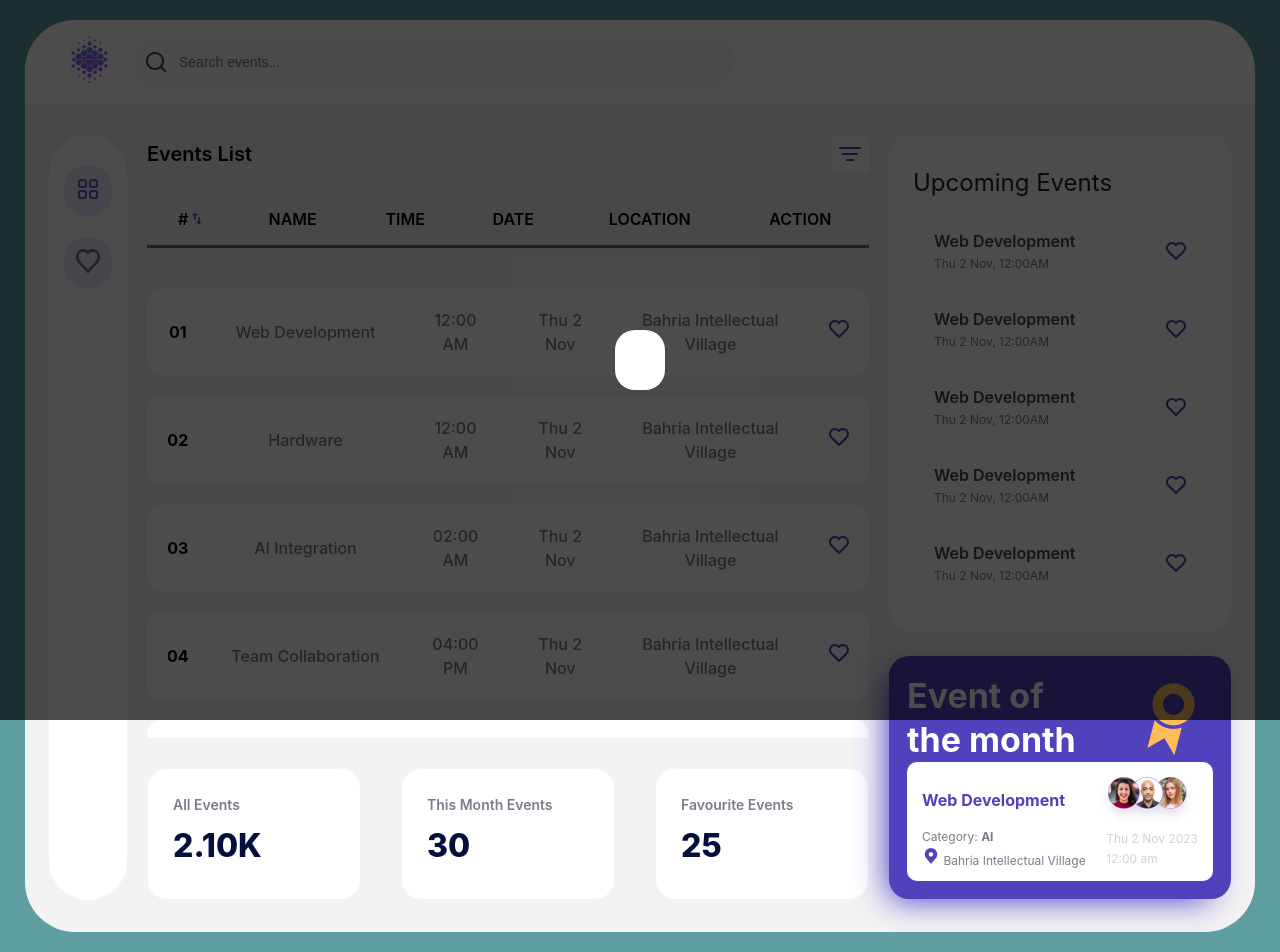
Repository: ahmadunitedsol710/react-dashboard
Page: /, after clicking the first element matching `tr.body_row`
These files come from the project's save history. The page is drawn as it stood at one moment and after the next save; the edit follows.
The browser window is 1280 px wide. The pictures show the whole page.
An inner scrolling area shows only its first screen. The project was rebuilt for these pictures with package versions that can differ from the ones it lists, and the page was loaded fresh each time.

Above is the page before, as saved 2024-08-02 09:53:54.

### src/App.js
// import {BrowserRouter as Router, Routes, Route} from 'react-router-dom';
import Header from './Components/Header/index';
import Events from './Components/Body/Events';
import './App.css';

function App() {
  return (
    <div className="App container">
    {/* <Router>
      <Routes>
          <Route path="/" exact element={<Header/>}/>
      </Routes>
    </Router> */}
    <Header/>
    <Events/>
    </div>
  );
}

export default App;

### src/Components/Header/index.js
import '../../App.css';
import logo from '../../Images/logo.png'

const Index = () => {

    return (
        <>
            <div className="header">
                <div className="logo">
                    <img src={logo} alt="logo" />
                </div>
                <div className="search_box">
                    <input type="search"  name="search" placeholder='Search events...' className='srch'/>
                </div>
            </div>
        </>
    )
}

export default Index;

### src/Components/Body/Events.js
import '../../App.css';
import Sidebar from './Sidebar';
import List from './Eventlist';
import Upcommingevent from './Upcomingevent';
import Monthlyevent from './Monthlyevent'
import { useEffect, useState } from 'react';

const Events = () => {
    const [showfav, setshowfav] = useState(false)
    const tabledata = [
        {id:"01",name:"Web Development",time:'12:00 AM',date:"Thu 2 Nov",location:"Bahria Intellectual Village"},

        {id:"02",name:"Hardware",time:'12:00 AM',date:"Thu 2 Nov",location:"Bahria Intellectual Village"},

        {id:"03",name:"AI Integration",time:'02:00 AM',date:"Thu 2 Nov",location:"Bahria Intellectual Village"},

        {id:"04",name:"Team Collaboration",time:'04:00 PM',date:"Thu 2 Nov",location:"Bahria Intellectual Village"},

        {id:"05",name:"Front End Development",time:'06:00 PM',date:"Thu 2 Nov",location:"Bahria Intellectual Village"},

        {id:"06",name:"Front End Development",time:'06:00 PM',date:"Thu 2 Nov",location:"Bahria Intellectual Village"},

        {id:"07",name:"Front End Development",time:'06:00 PM',date:"Thu 2 Nov",location:"Bahria Intellectual Village"},

        {id:"08",name:"Front End Development",time:'06:00 PM',date:"Thu 2 Nov",location:"Bahria Intellectual Village"}
   ]

   const [storedData, setStoredData] = useState([])
   useEffect(()=>{
    setStoredData(localStorage.getItem("favourite") ? JSON.parse([localStorage.getItem("favourite")]) : [])
   }, [])

   const eventdata = [
    {id:1, name:"Web Development",date_time:'Thu 2 Nov, 12:00AM'},
    {id:2, name:"Web Development",date_time:'Thu 2 Nov, 12:00AM'},
    {id:3, name:"Web Development",date_time:'Thu 2 Nov, 12:00AM'},
    {id:4, name:"Web Development",date_time:'Thu 2 Nov, 12:00AM'},
    {id:5, name:"Web Development",date_time:'Thu 2 Nov, 12:00AM'},
    {id:6, name:"Web Development",date_time:'Thu 2 Nov, 12:00AM'},
    {id:7, name:"Web Development",date_time:'Thu 2 Nov, 12:00AM'},
    {id:8, name:"Web Development",date_time:'Thu 2 Nov, 12:00AM'},
    {id:9, name:"Web Development",date_time:'Thu 2 Nov, 12:00AM'}
]

   const [storedList, setStoredList] = useState([])
   useEffect(()=>{
    setStoredList(localStorage.getItem("list") ? JSON.parse([localStorage.getItem("list")]) : [])
   }, [])



    return (
        <>
            <div className="events">
                <div className='parent_block'>
                    <Sidebar setshowfav={setshowfav}/>
                    <List showfav={showfav} favdata={storedData} tabledata={tabledata} setStoredData={setStoredData}/>

                     <div className='child_block'>
                        <Upcommingevent showfav={showfav} favdata={storedList} eventdata={eventdata} setStoredList={setStoredList}/>
                        {!showfav && <Monthlyevent/> }
                    </div>

                </div>
            </div>
        </>
    )
}

export default Events;

### src/App.css
body {
  background-color: cadetblue;
}

.container {
  max-width: 1440px;
  margin: 20px auto;
  padding: 0 25px;
  box-sizing: border-box;
}

.App-logo {
  height: 40vmin;
  pointer-events: none;
}

@media (prefers-reduced-motion: no-preference) {
  .App-logo {
    animation: App-logo-spin infinite 20s linear;
  }
}

.App-header {
  background-color: #282c34;
  min-height: 100vh;
  display: flex;
  flex-direction: column;
  align-items: center;
  justify-content: center;
  font-size: calc(10px + 2vmin);
  color: white;
}

.App-link {
  color: #61dafb;
}

@keyframes App-logo-spin {
  from {
    transform: rotate(0deg);
  }
  to {
    transform: rotate(360deg);
  }
}

::-webkit-scrollbar {
  width: 5px;
}

/* Track */
::-webkit-scrollbar-track {
  box-shadow: inset 0 0 5px grey;
  border-radius: 10px;
}

/* Handle */
::-webkit-scrollbar-thumb {
  background: #D9D9D9;
  border-radius: 10px;
}

/* Handle on hover */
::-webkit-scrollbar-thumb:hover {
  background: #6e6e6e;
}


/* Header */
.header { display: flex; justify-content: center; align-items: center; gap: 20px; background-color: #ffffff; padding: 15px 40px; border-radius: 50px 50px 0 0; }

.header .search_box { position: relative; width: 100%; }

.header .search_box .srch { background-image: url(./Images/Search.png); background-repeat: no-repeat; background-color: #F9FAFC; background-position: 10px center; border: none; padding: 13px 45px; width: 600px; border-radius: 50px; font-size: 14px; font-weight: 400; color: #3D4756; line-height: 22px; }


/* Events */
.events { background-color: #f3f3f3; padding: 32px 24px; box-sizing: border-box; border-radius: 0 0 50px 50px; }

.events .parent_block { display: flex; gap: 20px; justify-content: space-between; }

.events .parent_block .child_block { max-width: 380px; width: 100%; }

/* Sidebar */
.sidebar { display: flex; flex-direction: column; background-color: #ffffff; max-width: 80px; padding: 30px 15px; box-sizing: border-box; border-radius: 40px; }

.image { background-color: #ECEAFF; margin-bottom: 20px; border-radius: 25px; }

.sidebar_img { width: 24px; height: 24px; padding: 12px; }

/* Event list */
.event_details { /*max-width: 850px; */ width: calc(100% - 460px); }

.event_details .evenlist .main { display: flex; justify-content: space-between; align-items: center; }

.event_details .evenlist .main .heading { font-size: 20px; font-weight: 600; line-height: 30px; margin: 0; }

.event_details .evenlist .main .filter { background-color: #ffffff; padding: 5px; border-radius: 5px; box-sizing: border-box; }

table { border-collapse: separate; border-spacing: 0 20px;  width: 100%}

.tbody_container { overflow-y: auto; max-height: 470px; }

th { text-align: center; font-size: 16px; font-weight: 600; line-height: 22px; padding: 15px 20px; box-sizing: border-box; border-bottom: 3px solid #6a6a6a; }

.index { font-size: 16px; font-weight: bolder; line-height: 24px; }

.body_row td { background-color: #ffffff; padding: 20px; text-align: center; }

.body_row td:first-child { border-radius: 15px 0 0 15px; }

.body_row td:last-child { border-radius: 0 15px 15px 0; }

.body_row .details { font-size: 16px; font-weight: 500; line-height: 24px; color: #797d8c; cursor: pointer;}

.cards { display: flex; align-items: center; gap: 40px; margin-top: 30px; }

.cards .all_events, .cards .this_month, .cards .fav_events { background-color: #ffffff; border-radius: 20px; border: 1px solid #f3f3f3; width: 260px; padding: 25px 25px 33px; box-sizing: border-box; }

.cards .text { color: #797d8c; font-size: 14px; font-weight: 600; line-height: 22px; margin: 0; }

.cards .title { font-size: 32px; line-height: 40px; font-weight: 800; margin: 10px 0 0; color: #04103b; }



/* Upcoming events */
.upcomingevents { background-color: #ffffff; border-radius: 20px; padding: 32px 24px; box-sizing: border-box; }

.upcomingevents .title { font-size: 24px; line-height: 32px; font-weight: 400; color: #1e232a; margin: 0 0 20px; }

.upcomingevents .events_list { margin: 0; padding: 0; height: 380px; overflow-y: auto; }

.upcomingevents .events_list .event { border: 1px solid #f3f3f3; list-style-type: none; border-radius: 15px; padding: 10px 20px; display: flex; align-items: center; justify-content: space-between; margin-bottom: 10px; }

.upcomingevents .events_list .event:last-child { margin-bottom: 0; }

.upcomingevents .events_list .event .event_title { font-size: 16px; font-weight: 600; line-height: 22px; color: #3d4756; margin: 0; }

.upcomingevents .events_list .event .event_date_time { font-size: 12px; font-weight: 400; line-height: 24px; color: #797D8C; margin: 0; }


/* Monthly event */
.monthly_event { background-color: #5041bc; color: #ffffff; padding: 18px; box-sizing: border-box; border-radius: 20px; margin-top: 25px; box-shadow: -10px 10px 33px -10px #4533C9; }

.monthly_event .upper_part { display: flex; justify-content: space-between; align-items: center; }

.monthly_event .upper_part .heading { max-width: 180px; margin: 0; font-size: 34px; font-weight: 700; line-height: 44px; }

.bottom_part { background-color: #ffffff; color: #5041BC; border-radius: 10px; padding: 10px 15px; }

.bottom_part .first_row, .bottom_part .second_row { display: flex; justify-content: space-between; align-items: center; }

.bottom_part .first_row .course_title { margin: 0; font-size: 16px; font-weight: 700; line-height: 26px; }

.bottom_part .second_row { font-size: 12px; font-weight: 400; line-height: 20px; }

.bottom_part .second_row .cat_loc { color: #797D8C; }

.bottom_part .second_row .date_time { color: #D2D2D2; }




/* Detail Popup */
.overlay {
  position: fixed;
  top: 0;
  left: 0;
  width: 100%;
  height: 100%;
  background: rgba(0, 0, 0, 0.7);
}

.overlay .detailpopup {
  position: absolute;
  background-color: #ffffff;
  transform: translate(-50%, -50%);
  left: 50%;
  top: 50%;
  border-radius: 20px;
  padding: 30px 25px;
  box-sizing: border-box;
}

### src/Components/Body/Sidebar.js
import '../../App.css';
import grid from '../../Images/grid.png';
import favourite from '../../Images/fav.png'

const sidebar = ({setshowfav}) => {

    return (
        <>
            <div className="sidebar">
                <div className="image">
                    <img src={grid} alt="grid" className='sidebar_img' onClick={()=>setshowfav(false)}/>
                </div>
                <div className="image">
                    <img src={favourite} alt="favourite" className='sidebar_img' onClick={()=>setshowfav(true)}/>
                </div>
            </div>
        </>
    )
}

export default sidebar;

### src/Components/Body/Eventlist.js
import '../../App.css';
import swap from '../../Images/swap.png';
import emptyfav from '../../Images/empty_fav.png'
import fillfav from '../../Images/fill_fav.png'
import filter from '../../Images/filter.png'
import { useEffect, useState } from 'react';
import Detailpopup from './Detailpopup';

const Eventlist = ({showfav, favdata, tabledata, setStoredData}) => {
    const [showModal, setShowModal] = useState(false)


    const add_fav = (data) => {
        const isFav = favdata.some(favitem => favitem.id === data.id)

        if (isFav) {
            // setStoredData(favdata.filter(favitem => favitem.id !== data.id));
            const updatedFavData = favdata.filter(favItem => favItem.id !== data.id);
            setStoredData(updatedFavData);
            localStorage.setItem("favourite", JSON.stringify(updatedFavData))

            console.log("else 1")
        }
        else {
            const updatedFavData = [...favdata, data];
            setStoredData(updatedFavData);
            localStorage.setItem("favourite", JSON.stringify(updatedFavData))
            console.log("else 2")
        }
    };

    const closeModal = () => {
        setShowModal(false)
    }

       const all_events = {text:"All Events", title:"2.10K"}
       const this_month = {text:"This Month Events", title:"30"}
       const fav_events = {text:"Favourite Events", title:"25"}
    return (
        <>
            <div className="event_details">
                <div className="evenlist">
                    <div className="main">
                        <h2 className='heading'>Events List</h2>
                        <img src={filter} alt="filter" className='filter' />
                    </div>
                    <div className="table_data">
                        <table className="table">
                            <thead className='table_head'>
                                <tr>
                                    <th># <img src={swap} alt="swap" /> </th>
                                    <th>NAME</th>
                                    <th>TIME</th>
                                    <th>DATE</th>
                                    <th>LOCATION</th>
                                    <th>ACTION</th>
                                </tr>
                            </thead>
                        </table>
                        <div className="tbody_container">
                            <table>
                                <tbody>
                                    {!showfav ? tabledata.map((data)=>(
                                        <tr className='body_row' key={data.id} onClick={()=>setShowModal(true)}>
                                        <td className='index' data-label="index">{data?.id}</td>
                                        <td className='details' data-label="name">{data?.name}</td>
                                        <td className='details' data-label="time">{data?.time}</td>
                                        <td className='details' data-label="date">{data?.date}</td>
                                        <td className='details' data-label="location">{data?.location}</td>
                                        <td className='details' data-label="location"> <img src={favdata.some(favitem => favitem.id === data.id) ? fillfav : emptyfav} alt="favourite"
                                        onClick={()=>add_fav(data)}/></td>
                                    </tr>)) :
                                    favdata.map((data)=>(
                                        <tr className='body_row' key={data.id} onClick={()=>setShowModal(true)}>
                                        <td className='index' data-label="index">{data?.id}</td>
                                        <td className='details' data-label="name">{data?.name}</td>
                                        <td className='details' data-label="time">{data?.time}</td>
                                        <td className='details' data-label="date">{data?.date}</td>
                                        <td className='details' data-label="location">{data?.location}</td>
                                        <td className='details' data-label="location"> <img src={favdata.some(favitem=>favitem.id === data.id) ? fillfav : emptyfav} alt="favourite"
                                        onClick={()=>add_fav(data)}/></td>
                                    </tr>
                                    ))}
                                </tbody>
                            </table>
                        </div>
                    </div>
                </div>

             {!showfav &&   <div className="cards">
                    <div className="all_events">
                        <p className='text'>{all_events.text}</p>
                        <h2 className='title'>{all_events.title}</h2>
                    </div>
                    <div className="this_month">
                        <p className='text'>{this_month.text}</p>
                        <h2 className='title'>{this_month.title}</h2>
                    </div>
                    <div className="fav_events">
                        <p className='text'>{fav_events.text}</p>
                        <h2 className='title'>{fav_events.title}</h2>
                    </div>
                </div>}
            </div>
            {showModal && <Detailpopup closeModal={closeModal}/>}
        </>
    )
}

export default Eventlist;

### src/Components/Body/Upcomingevent.js
import emptyfav from '../../Images/empty_fav.png'
import fillfav from '../../Images/fill_fav.png'

const Upcommingevent = ({showfav, eventdata, setStoredList, favdata}) => {

    const add_fav = (list) => {
        const isFav = favdata.some(favitem => favitem.id === list.id)

        if (isFav) {
            const updatedFavData = favdata.filter(favItem => favItem.id !== list.id);
            setStoredList(updatedFavData);
            localStorage.setItem("list", JSON.stringify(updatedFavData))
            console.log("else 1")
        }
        else {
            const updatedFavData = [...favdata, list];
            setStoredList(updatedFavData);
            localStorage.setItem("list", JSON.stringify(updatedFavData))
            console.log("else 2")
        }
    };

    return (
        <>  {/* add multiple tags when use empty tags */}
            <div className="upcomingevents">
                <h2 className="title">Upcoming Events</h2>

                <ul className="events_list">
                    {!showfav ? eventdata.map((list) => (
                        <li className="event" key={list.id}>
                            <div className="title_date_time">
                                <p className="event_title">{list.name}</p>
                                <p className="event_date_time">{list.date_time}</p>
                            </div>
                            <div>
                                <img src={favdata.some(favitem => favitem.id === list.id) ? fillfav : emptyfav} alt="emptyfav"
                                onClick={()=>add_fav(list)}/>
                            </div>
                        </li>
                    )) :
                    favdata.map((list) => (
                        <li className="event" key={list.id}>
                            <div className="title_date_time">
                                <p className="event_title">{list.name}</p>
                                <p className="event_date_time">{list.date_time}</p>
                            </div>
                            <div>
                                <img src={favdata.some(favitem => favitem.id === list.id) ? fillfav : emptyfav} alt="emptyfav"
                                onClick={()=>add_fav(list)}/>
                            </div>
                        </li>
                    ))}
                </ul>
            </div>
        </>
    )

}

export default Upcommingevent;

### src/Components/Body/Monthlyevent.js
import loc from '../../Images/location.png'
import teacher_img from '../../Images/user.png'
import pin from '../../Images/pin.png'


const MonthlyEvent = () => {
    const course_details = {name:"Web Development", image:teacher_img, category:"AI", location:"Bahria Intellectual Village", date:"Thu 2 Nov 2023", time:"12:00 am" }
    return (
        <>
        <div className="monthly_event">
            <div className="upper_part">
                <h1 className="heading">Event of the month</h1>
                <img src={loc} alt="location" />
            </div>

            <div className="bottom_part">
                <div className="first_row">
                    <h3 className='course_title'>{course_details.name}</h3>
                    <img src={course_details.image} alt="teachers" />
                </div>
                <div className="second_row">
                    <div className="cat_loc">
                        <div>Category: <strong>{course_details.category}</strong></div>
                        <div> <img src={pin} alt="pin" />  {course_details.location}</div>
                    </div>
                    <div className="date_time">
                        <div className="date">{course_details.date}</div>
                        <div className="time">{course_details.time}</div>
                    </div>
                </div>
            </div>
        </div>
        </>
    )
}


export default MonthlyEvent;

### src/Components/Body/Detailpopup.js

import pin from '../../Images/pin.png'

const Detailpopup = ({closeModal}) => {
    return (
        <>
        <div className="overlay" onClick={closeModal}>
            <div className="detailpopup">

            </div>
        </div>
        </>
    )
}

export default Detailpopup;

Loaded but not shown: public/index.html (common file); src/index.js (common file); src/index.css (common file); src/reportWebVitals.js (common file)

After the next save:
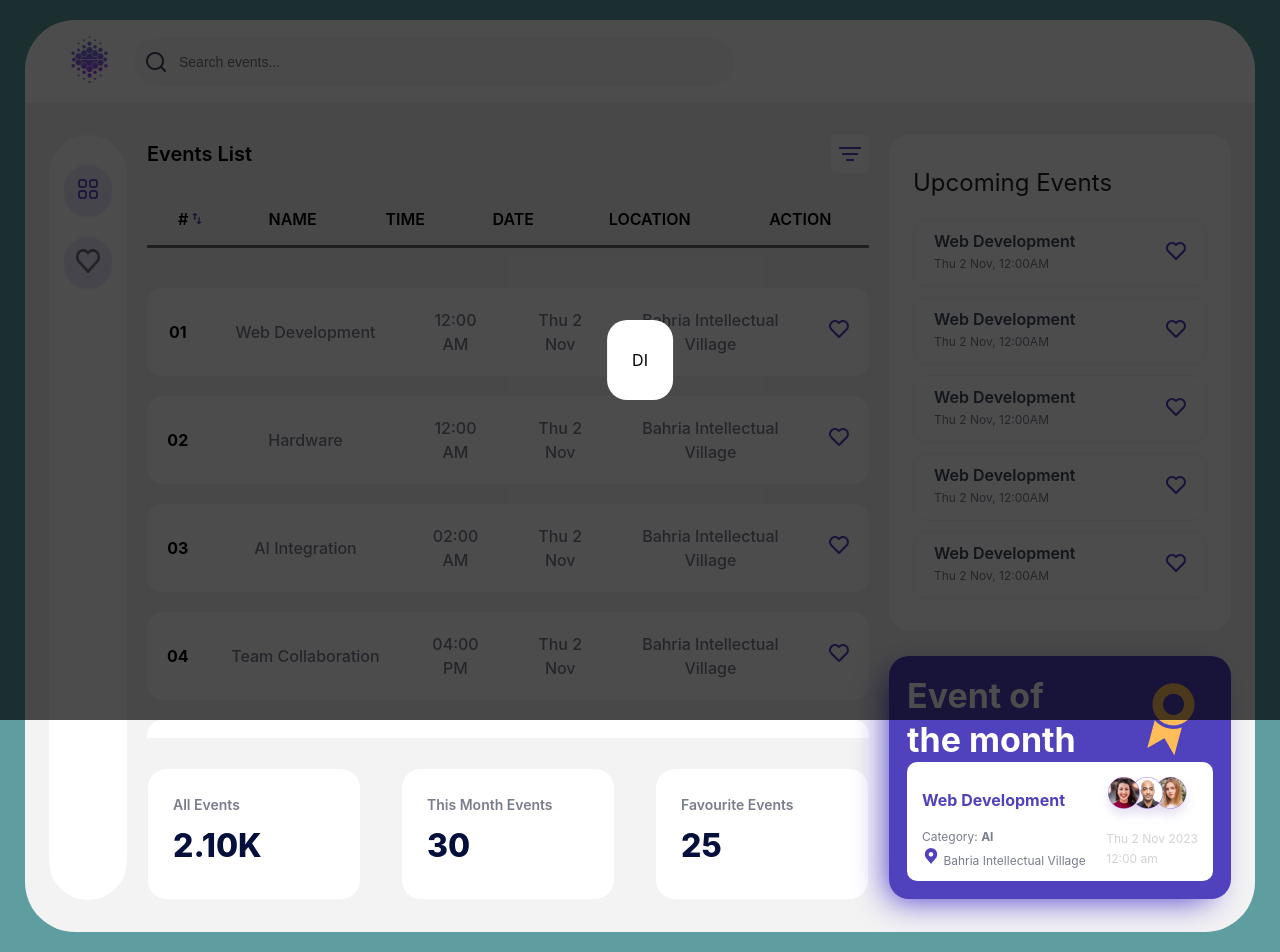
Saved 25 s later.
--- a/src/Components/Body/Detailpopup.js
+++ b/src/Components/Body/Detailpopup.js
@@ -6,7 +6,7 @@ const Detailpopup = ({closeModal}) => {
         <>
         <div className="overlay" onClick={closeModal}>
             <div className="detailpopup">
-
+                DI
             </div>
         </div>
         </>
